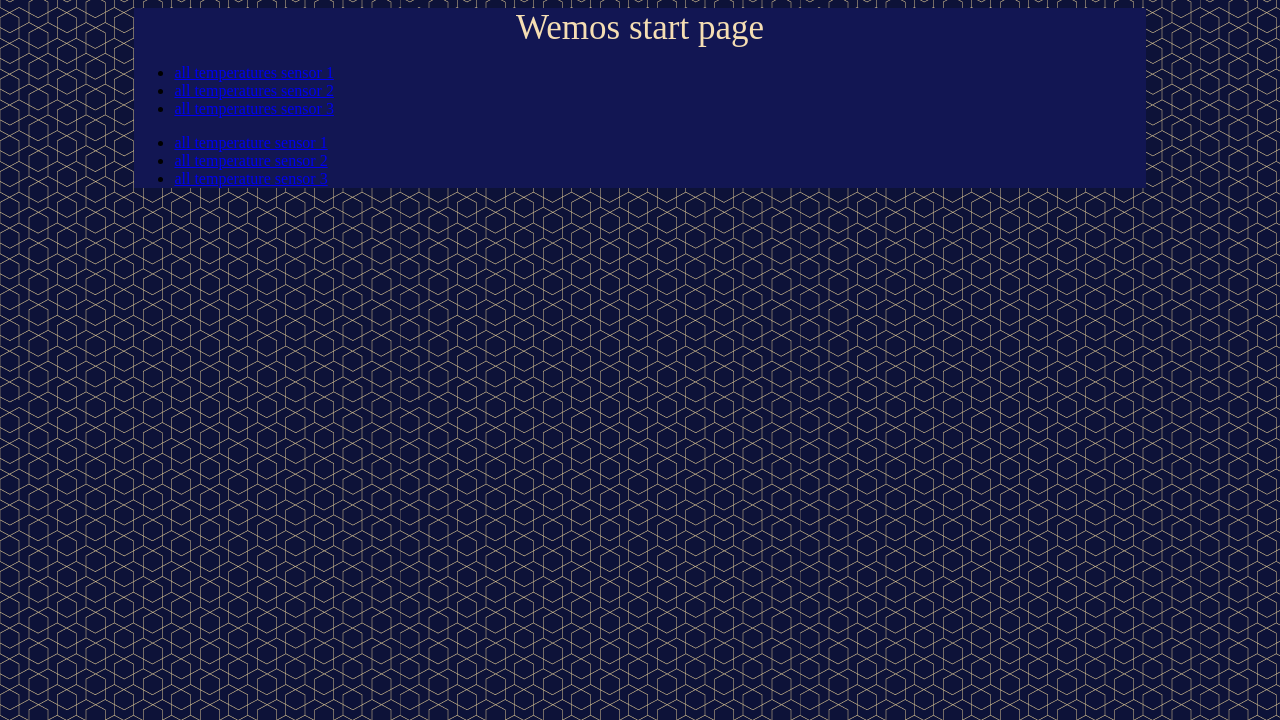
Repository: findryDev/flaskRestAPI
Page: templates/index.html
An editor plug-in stored every save of this project. The page is shown before and after the next save, followed by the edit.
The browser window is 1280 px wide. The pictures show the whole page.
The template is drawn by Flask 3. The application's start-up code is not run. Other server files are loaded and not shown. The template is opened directly, without the code that normally fills it, so the values that code supplies are empty.

Above is the page before, as saved 2021-03-15 04:45:55.

### templates/index.html
<!DOCTYPE html>
<html lang="en">
<head>
    <meta charset="UTF-8">
    <meta name="viewport" content="width=device-width, initial-scale=1.0">
    <link rel="stylesheet" href="../static/style.css"\>
    <!--href="{{ url_for('static', filename='style.css') }}" -->
    <title>Vemos start page</title>

</head>
<body>
    <div id="container">
        <div id="title">Wemos start page</div>
        <div id="main">
            <div class="temperatureList">
                <ul>
                    <li><a href="/temperatures/sensor1"> all temperatures sensor 1</a></li>
                    <li><a href="/temperatures/sensor1"> all temperatures sensor 2</a></li>
                    <li><a href="/temperatures/sensor1"> all temperatures sensor 3</a></li>
                </ul>
            </div>
            <div class="temperatureList">
                <ul>
                    <li><a href="/temperatures/sensor1"> all temperature sensor 1</a></li>
                    <li><a href="/temperatures/sensor1"> all temperature sensor 2</a></li>
                    <li><a href="/temperatures/sensor1"> all temperature sensor 3</a></li>
                </ul>
            </div>
            <div style="clear:both"></div>
        </div>
    </div>
</body>
</html>

### static/style.css
body
  {
    background-image: url("../static/oriental-tiles.png");
    background-repeat: repeat;
  }

#container
  {
    width: 80%;
    height: 80%;
    margin-right: auto;
    margin-left: auto;
    background-color: rgb(18, 22, 83);
  }

#title
  {
    width: 100%;
    height: 40px;
    text-align: center;
    color: wheat;
    font-size: 35px;
  }

After the next save:
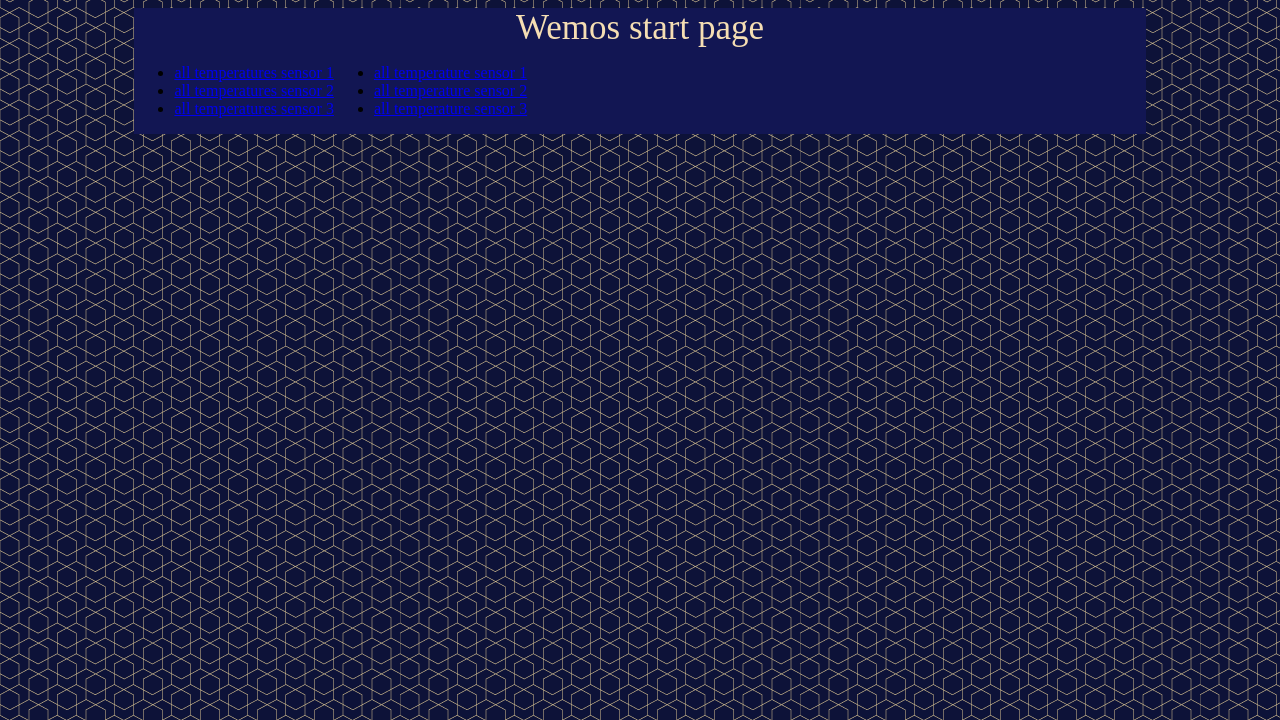
Saved 7 s later.
--- a/static/style.css
+++ b/static/style.css
@@ -21,3 +21,8 @@
     color: wheat;
     font-size: 35px;
   }
+
+.temperatureList
+{
+  float: left;
+}
